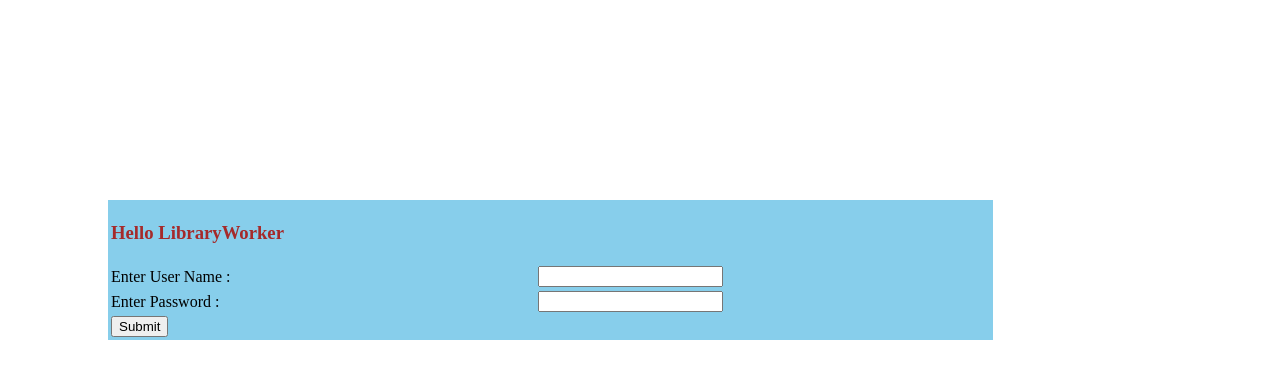
Repository: shulamitProjects/Java
Page: http://localhost/ProjectLibary/LoginWorker.jsp
The author's editor kept a copy of each file at every save. The page is drawn from the files as they stood at one save, then again after the next save.
The browser window is 1280 px wide. The pictures show the whole page.
The page is served by Tomcat 10.

Above is the page before, as saved 2024-01-29 10:11:11.

After the next save:
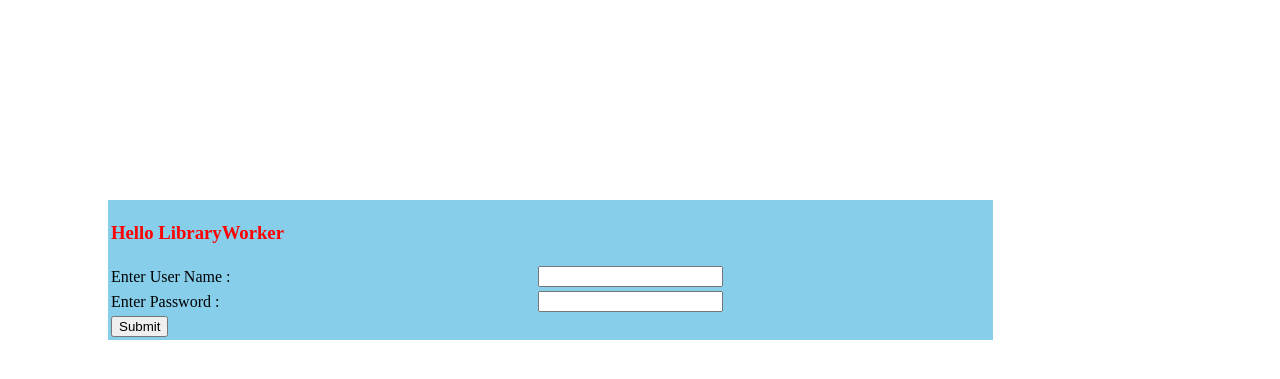
Saved 78 s later.
--- a/project/project_25-01/ProjectLibary/src/main/webapp/LoginWorker.jsp
+++ b/project/project_25-01/ProjectLibary/src/main/webapp/LoginWorker.jsp
@@ -14,7 +14,7 @@
 
 			<tr>
 				<td>
-					<h3 style="color: brown">Hello LibraryWorker</h3>
+					<h3 style="color: red">Hello LibraryWorker</h3>
 				</td>
 			</tr>
 			<tr>
